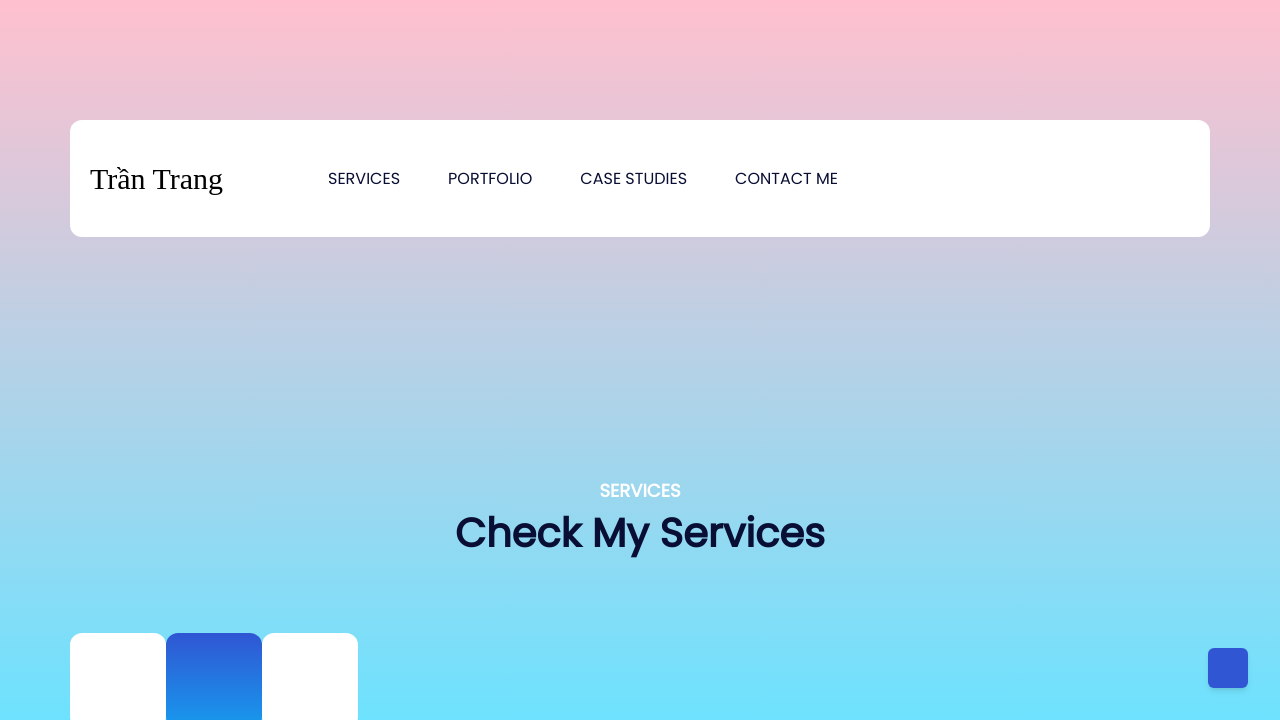
Repository: trantrang2101/CV
Page: index.html
An editor plug-in stored every save of this project. The page is shown before and after the next save, followed by the edit.
The browser window is 1280 px wide. The pictures show the whole page.
An inner scrolling area shows only its first screen. Some web fonts or font styles are not loaded; a fallback is used.

Above is the page before, as saved 2022-07-13 19:33:16.
Console error: TypeError: Cannot read properties of null (reading 'offsetTop')

After the next save:
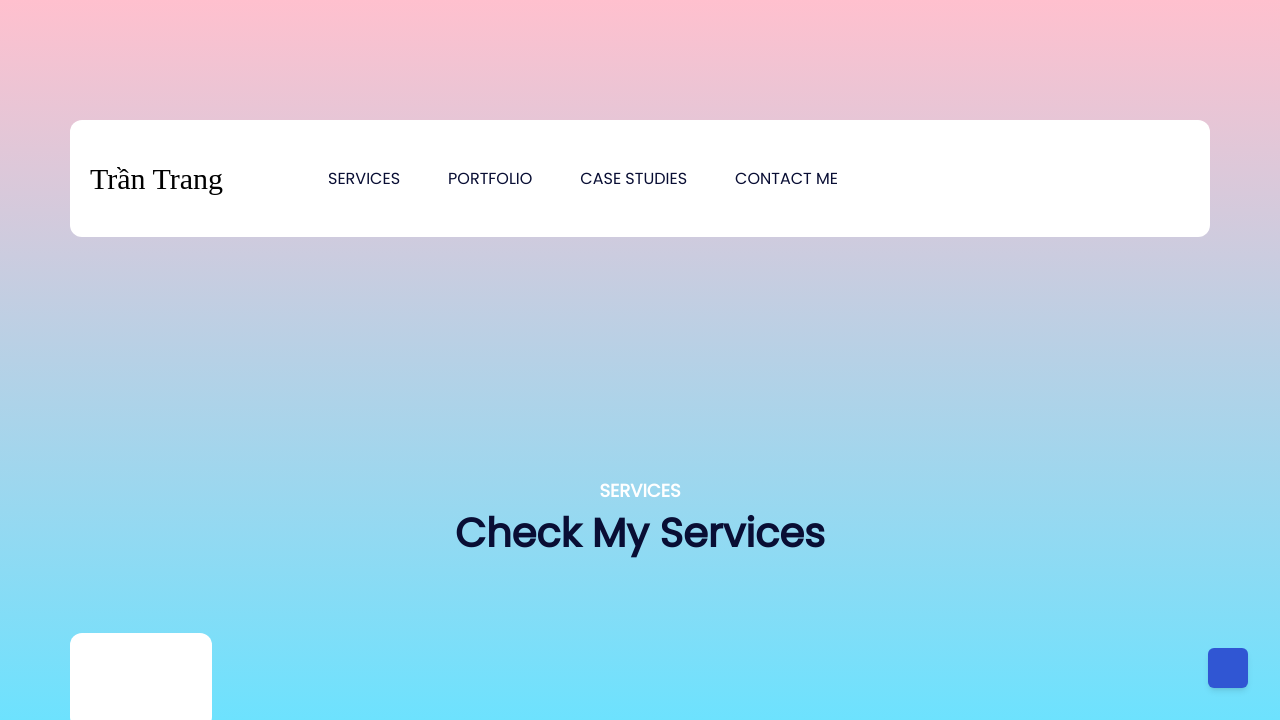
Saved 2 min 14 s later.
--- a/index.html
+++ b/index.html
@@ -43,26 +43,26 @@
                                 <ul class="blcok lg:flex">
                                     <li class="relative group">
                                         <a href="#services"
-                                            class="ud-menu-scroll text-base text-dark lg:group-hover:opacity-70 lg:group-hover:text-dark group-hover:text-primary py-2 lg:py-6 lg:inline-flex lg:px-0 flex mx-8 lg:mr-0">
-                                            SERVICES
+                                            class="ud-menu-scroll uppercase text-base text-dark lg:group-hover:opacity-70 lg:group-hover:text-dark group-hover:text-primary py-2 lg:py-6 lg:inline-flex lg:px-0 flex mx-8 lg:mr-0">
+                                            services
                                         </a>
                                     </li>
                                     <li class="relative group">
                                         <a href="#portfolio"
-                                            class="ud-menu-scroll text-base text-dark lg:text-dark lg:group-hover:opacity-70 lg:group-hover:text-dark group-hover:text-primary py-2 lg:py-6 lg:inline-flex lg:px-0 flex mx-8 lg:mr-0 lg:ml-7 xl:ml-12">
-                                            PORTFOLIO
+                                            class="ud-menu-scroll uppercase text-base text-dark lg:text-dark lg:group-hover:opacity-70 lg:group-hover:text-dark group-hover:text-primary py-2 lg:py-6 lg:inline-flex lg:px-0 flex mx-8 lg:mr-0 lg:ml-7 xl:ml-12">
+                                            portfolio
                                         </a>
                                     </li>
                                     <li class="relative group">
                                         <a href="#case"
-                                            class="ud-menu-scroll text-base text-dark lg:text-dark lg:group-hover:opacity-70 lg:group-hover:text-dark group-hover:text-primary py-2 lg:py-6 lg:inline-flex lg:px-0 flex mx-8 lg:mr-0 lg:ml-7 xl:ml-12">
-                                            CASE STUDIES
+                                            class="ud-menu-scroll uppercase text-base text-dark lg:text-dark lg:group-hover:opacity-70 lg:group-hover:text-dark group-hover:text-primary py-2 lg:py-6 lg:inline-flex lg:px-0 flex mx-8 lg:mr-0 lg:ml-7 xl:ml-12">
+                                            case studies
                                         </a>
                                     </li>
                                     <li class="relative group">
                                         <a href="#contact"
-                                            class="ud-menu-scroll text-base text-dark lg:text-dark lg:group-hover:opacity-70 lg:group-hover:text-dark group-hover:text-primary py-2 lg:py-6 lg:inline-flex lg:px-0 flex mx-8 lg:mr-0 lg:ml-7 xl:ml-12">
-                                            CONTACT ME
+                                            class="ud-menu-scroll uppercase text-base text-dark lg:text-dark lg:group-hover:opacity-70 lg:group-hover:text-dark group-hover:text-primary py-2 lg:py-6 lg:inline-flex lg:px-0 flex mx-8 lg:mr-0 lg:ml-7 xl:ml-12">
+                                            contact me
                                         </a>
                                     </li>
                                 </ul>
@@ -94,21 +94,22 @@
                         data-wow-delay=".15s" style="visibility: visible; animation-delay: 0.15s">
 
                     </div>
-                </div>
-                <div class="w-auto w-1/3">
-                    <div class="bg-primary bg-gradient-to-b from-primary to-[#179BEE] rounded-xl relative z-10 overflow-hidden shadow-pricing py-10 px-8 sm:p-12 lg:py-10 lg:px-6 xl:p-12 mb-10 text-center wow fadeInUp"
-                        data-wow-delay=".1s" style="visibility: visible; animation-delay: 0.1s">
+                    <div class="container">
+                        <h3>Code các Thứ</h3>
+                        <span class="" </div> </div> <div class="w-auto w-1/3">
+                            <div class="bg-primary bg-gradient-to-b from-primary to-[#179BEE] rounded-xl relative z-10 overflow-hidden shadow-pricing py-10 px-8 sm:p-12 lg:py-10 lg:px-6 xl:p-12 mb-10 text-center wow fadeInUp"
+                                data-wow-delay=".1s" style="visibility: visible; animation-delay: 0.1s">
 
+                            </div>
                     </div>
-                </div>
-                <div class="w-auto w-1/3">
-                    <div class="bg-white rounded-xl relative z-10 overflow-hidden border border-primary border-opacity-20 shadow-pricing py-10 px-8 sm:p-12 lg:py-10 lg:px-6 xl:p-12 mb-10 text-center wow fadeInUp"
-                        data-wow-delay=".15s" style="visibility: visible; animation-delay: 0.15s">
+                    <div class="w-auto w-1/3">
+                        <div class="bg-white rounded-xl relative z-10 overflow-hidden border border-primary border-opacity-20 shadow-pricing py-10 px-8 sm:p-12 lg:py-10 lg:px-6 xl:p-12 mb-10 text-center wow fadeInUp"
+                            data-wow-delay=".15s" style="visibility: visible; animation-delay: 0.15s">
 
+                        </div>
                     </div>
                 </div>
             </div>
-        </div>
     </section>
     <a href="javascript:void(0)"
         class="hidden items-center justify-center bg-primary text-white w-10 h-10 rounded-md fixed bottom-8 right-8 left-auto z-[999] hover:bg-dark back-to-top shadow-md transition duration-300 ease-in-out"
